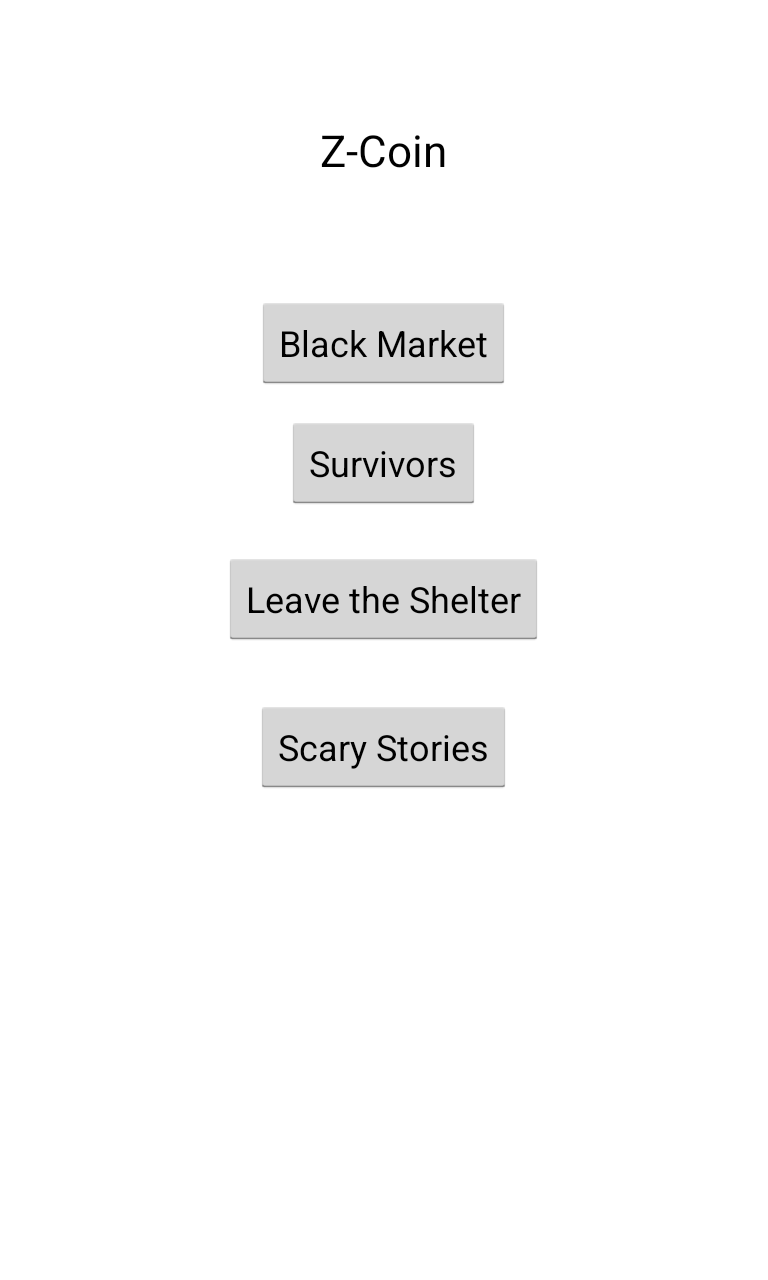
Repository: hekaiyue/Zombie-Coin
Layout: Android Workspace/ZCoins/res/layout/activity_main.xml
The author's editor kept a copy of each file at every save. The layout is drawn from the files as they stood at one save, then again after the next save.
It is drawn on a 768 x 1280 px phone screen (xhdpi) without system bars, with theme AppTheme; the app's code is not run.

Above is the layout before, as saved 2014-02-01 13:05:18.

After the next save:
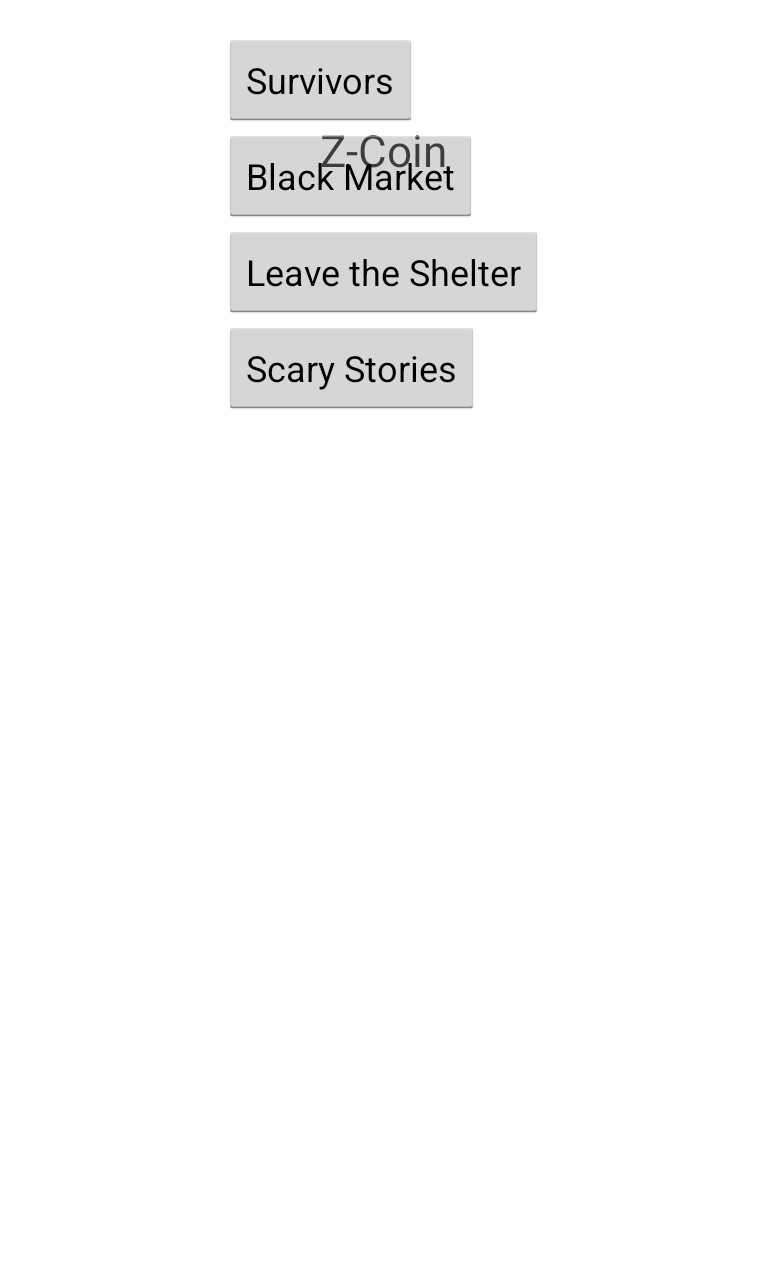
Saved 101 s later.
--- a/Android Workspace/ZCoins/res/layout/activity_main.xml
+++ b/Android Workspace/ZCoins/res/layout/activity_main.xml
@@ -8,43 +8,6 @@
     android:paddingTop="@dimen/activity_vertical_margin"
     tools:context=".MainActivity" >
 
-    <Button
-        android:id="@+id/button2"
-        android:layout_width="wrap_content"
-        android:layout_height="wrap_content"
-        android:layout_alignBottom="@+id/button1"
-        android:layout_centerHorizontal="true"
-        android:layout_marginBottom="60dp"
-        android:text="@string/store" />
-
-    <Button
-        android:id="@+id/button3"
-        android:layout_width="wrap_content"
-        android:layout_height="wrap_content"
-        android:layout_below="@+id/button2"
-        android:layout_centerHorizontal="true"
-        android:layout_marginTop="20dp"
-        android:text="@string/mine"
-        android:onClick="mineZCoins" />
-
-    <Button
-        android:id="@+id/button4"
-        android:layout_width="wrap_content"
-        android:layout_height="wrap_content"
-        android:layout_below="@+id/button3"
-        android:layout_centerHorizontal="true"
-        android:layout_marginTop="26dp"
-        android:text="@string/history" />
-
-    <Button
-        android:id="@+id/button1"
-        android:layout_width="wrap_content"
-        android:layout_height="wrap_content"
-        android:layout_below="@+id/textView1"
-        android:layout_centerHorizontal="true"
-        android:layout_marginTop="118dp"
-        android:text="@string/friends_list" />
-
     <TextView
         android:id="@+id/textView1"
         android:layout_width="wrap_content"
@@ -53,7 +16,40 @@
         android:layout_centerHorizontal="true"
         android:layout_marginTop="44dp"
         android:text="@string/app_name"
-        android:textAppearance="?android:attr/textAppearanceLarge"
-        />
+        android:textAppearance="?android:attr/textAppearanceLarge" />
+
+    <LinearLayout
+        android:layout_width="wrap_content"
+        android:layout_height="wrap_content"
+        android:layout_centerHorizontal="true"
+        android:layout_marginBottom="17dp"
+        android:orientation="vertical" >
+
+        <Button
+            android:id="@+id/button1"
+            android:layout_width="wrap_content"
+            android:layout_height="wrap_content"
+            android:text="@string/friends_list" />
+
+        <Button
+            android:id="@+id/button2"
+            android:layout_width="wrap_content"
+            android:layout_height="wrap_content"
+            android:text="@string/store" />
+
+        <Button
+            android:id="@+id/button3"
+            android:layout_width="wrap_content"
+            android:layout_height="wrap_content"
+            android:onClick="mineZCoins"
+            android:text="@string/mine" />
+
+        <Button
+            android:id="@+id/button4"
+            android:layout_width="wrap_content"
+            android:layout_height="wrap_content"
+            android:text="@string/history" />
+
+    </LinearLayout>
 
 </RelativeLayout>
